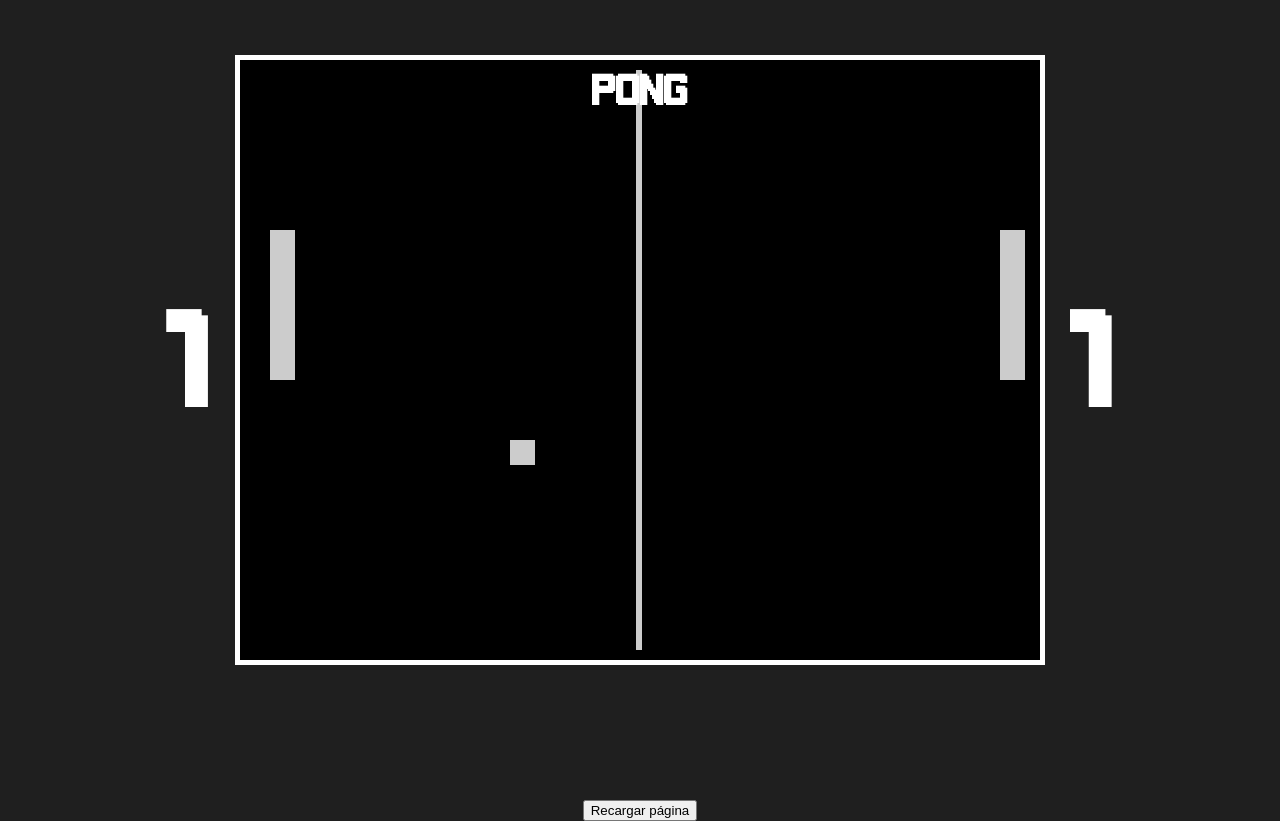
Repository: HaoHanLin7799/TFG
Page: TFG-main/GAMES/PONG/index.html
These files come from the project's save history. The page is drawn as it stood at one moment and after the next save; the edit follows.
The browser window is 1280 px wide. The pictures show the whole page.

Above is the page before, as saved 2026-04-13 23:25:25.

After the next save:
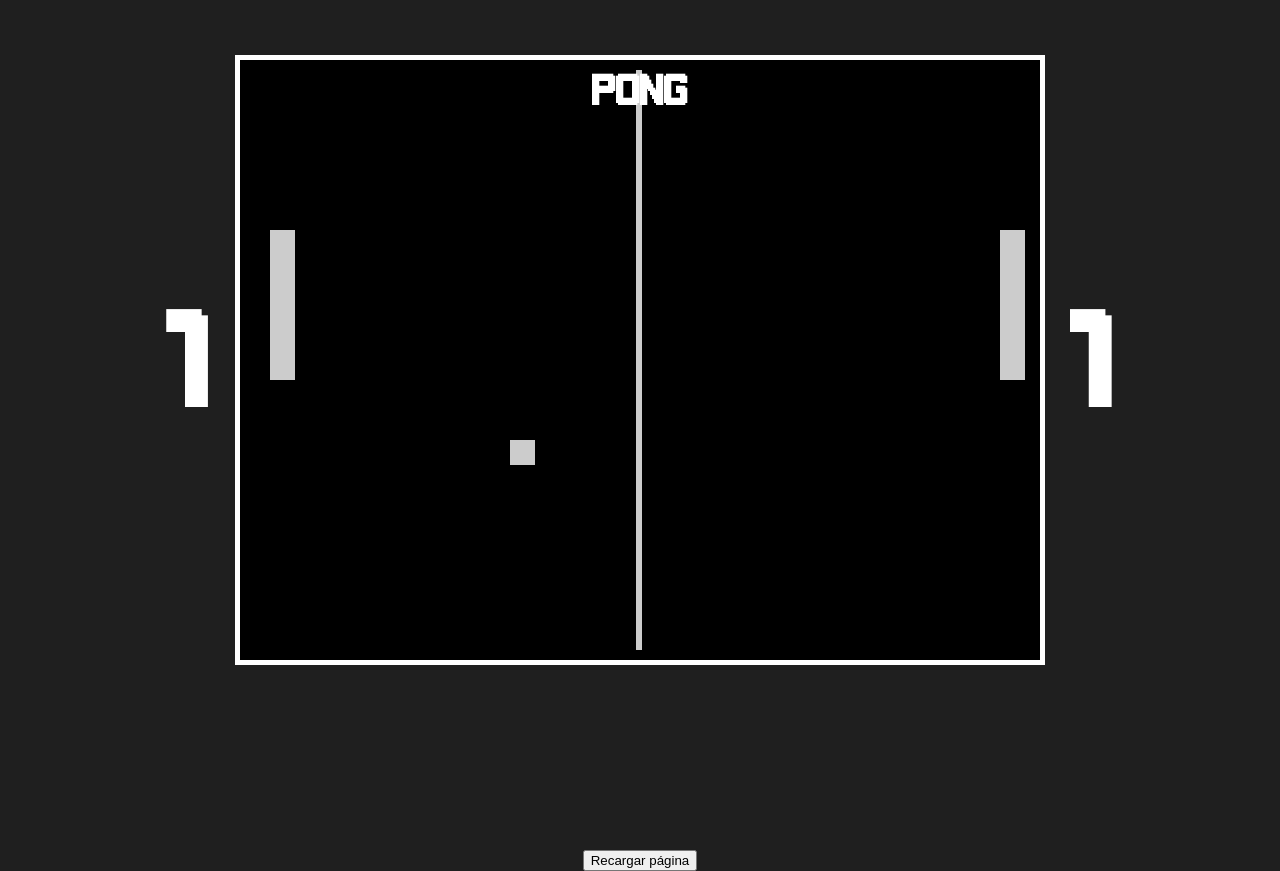
Saved 8 s later.
--- a/TFG-main/GAMES/PONG/style.css
+++ b/TFG-main/GAMES/PONG/style.css
@@ -38,6 +38,6 @@
 }
 #reset{
     position: absolute;
-    top: 800px
+    top: 850px
 
 }
